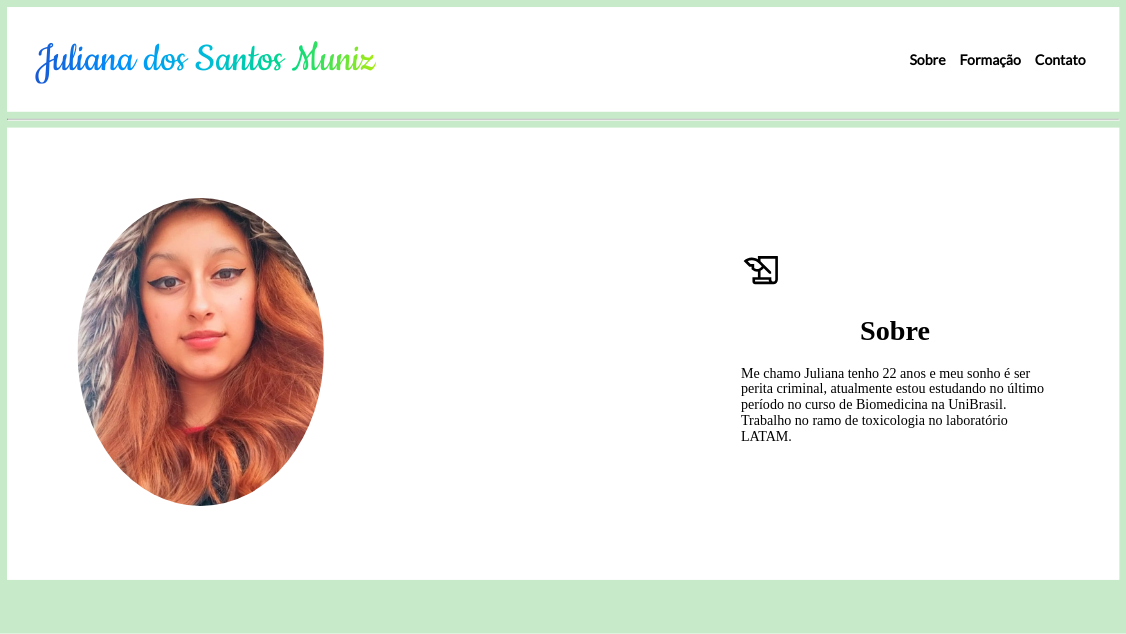
Repository: joaovnogueira/Portfolio-Juliana
Page: index.html
The author's editor kept a copy of each file at every save. The page is drawn from the files as they stood at one save, then again after a run of saves.
The browser window is 1280 px wide. The pictures show the whole page, at 88% of full size.

Above is the page before, as saved 2022-06-14 16:04:44.

After the next 2 saves:
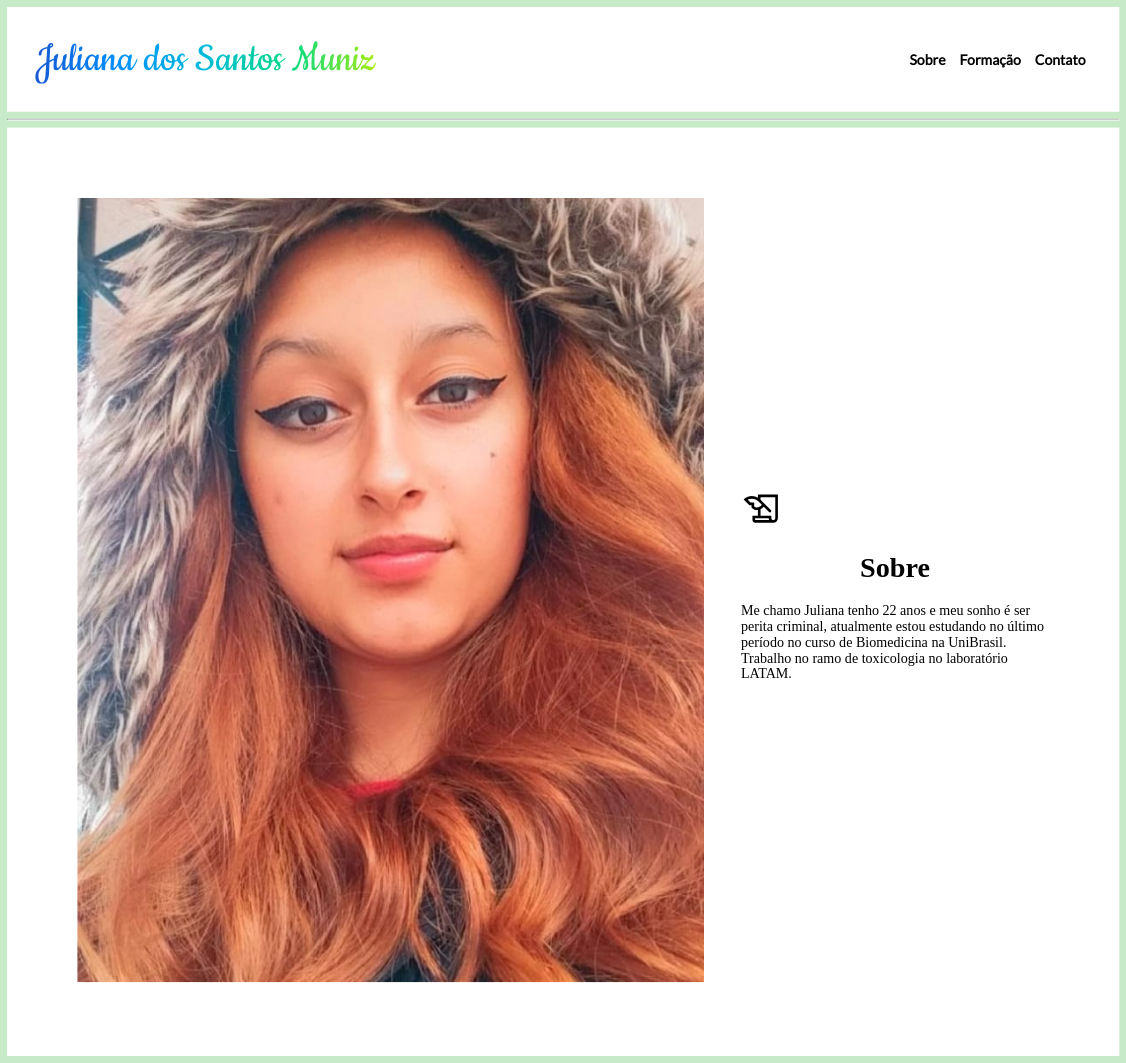
The 2 saves are shown as one change because they came seconds apart.
The last was saved 42 s later.
--- a/styles.css
+++ b/styles.css
@@ -67,7 +67,7 @@ p{
     text-align: left;
 }
 
-img{
+.fotoperfil{
     border-radius: 50%;
     max-width:750px;
     max-height:350px;

After the save that followed:
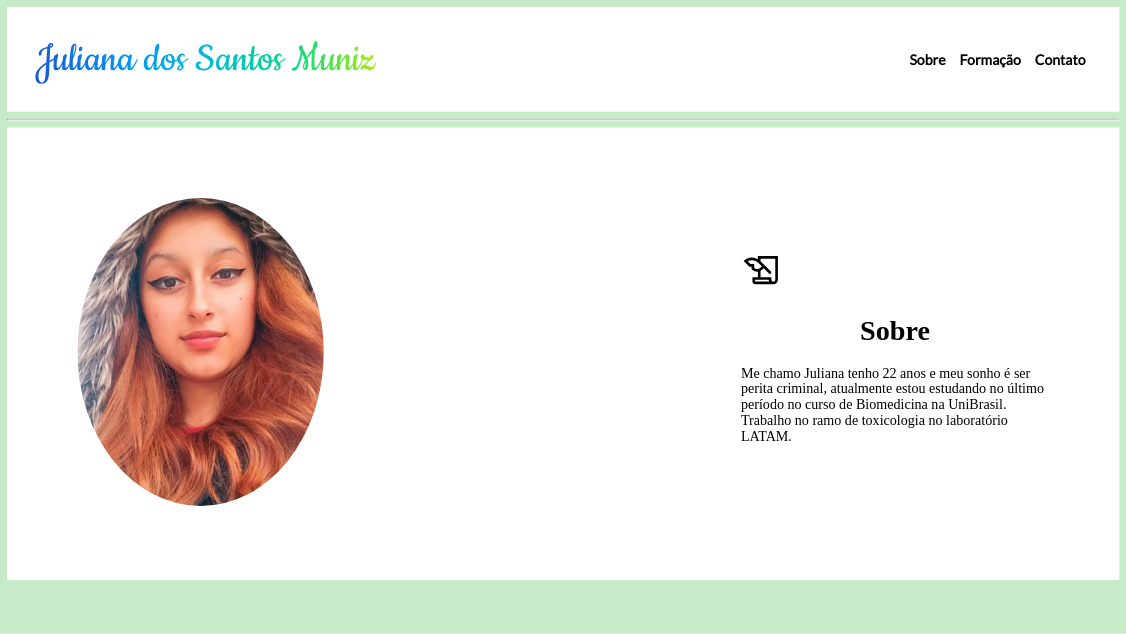
Saved 5 s later.
--- a/index.html
+++ b/index.html
@@ -22,7 +22,7 @@
     <main>
         <div class="perfil">
             <div class="foto">
-                <img src="./assets/foto-perfil.png" alt="Foto de perfil" id="fotoperfil">
+                <img src="./assets/foto-perfil.png" alt="Foto de perfil" class="fotoperfil">
             </div>
             <div class="separator"></div>
             <div class="conteudo">
